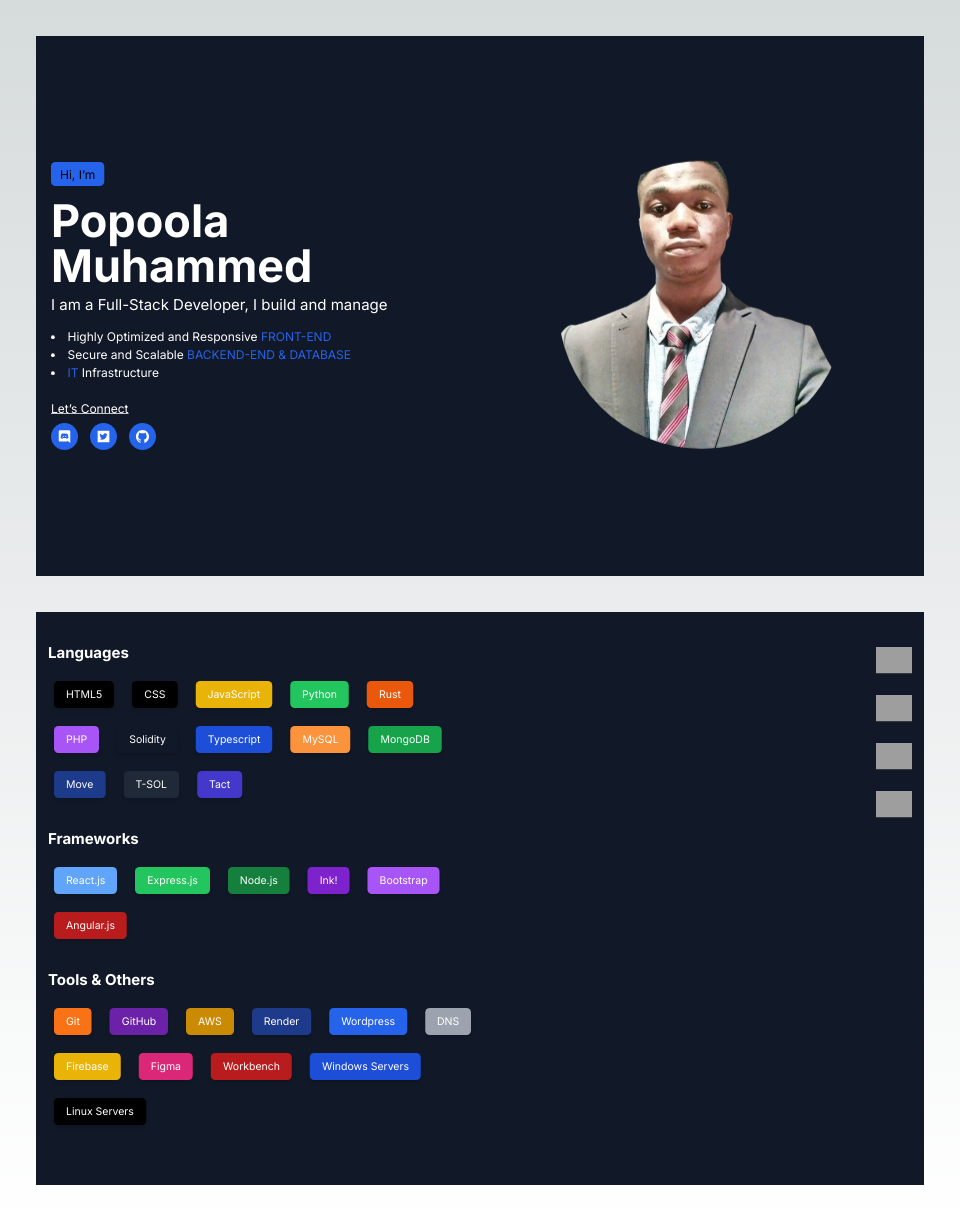
Repository: muhammedctgr/hammedctgr
Page: /
An editor plug-in stored every save of this project. The page is shown before and after the next save, followed by the edit.
The browser window is 1280 px wide. The pictures show the whole page, at 75% of full size.
Pictures or frames that could not be fetched are drawn as grey boxes. The project was rebuilt for these pictures with package versions that can differ from the ones it lists, and the page was loaded fresh each time. The framework's server and built-in components were replaced by stand-ins that run in the browser. Also part of the build but not shown: next.config.mjs.

Above is the page before, as saved 2024-07-31 12:09:54.

### app/layout.tsx
import type { Metadata } from "next";
import { Inter } from "next/font/google";
import "./globals.css";

const inter = Inter({ subsets: ["latin"] });

export const metadata: Metadata = {
  title: "Popoola Muhammed",
  description: "Generated by create next app",
};

export default function RootLayout({
  children,
}: Readonly<{
  children: React.ReactNode;
}>) {
  return (
    <html lang="en">
      <body className={inter.className}>{children}</body>
    </html>
  );
}

### app/page.tsx
import Head from 'next/head';
import Hero from '../components/Hero';
import SkillsSection from '@/components/SkillsSection';


const Home = () => (
  <div>
    <Head>
      <title>Popoola Muhammed</title>
      <meta name="description" content="Welcome to my developer portfolio" />
    </Head>

    <Hero />
    <SkillsSection />
  </div>
);

export default Home;

### app/globals.css
@tailwind base;
@tailwind components;
@tailwind utilities;

:root {
  --foreground-rgb: 0, 0, 0;
  --background-start-rgb: 214, 219, 220;
  --background-end-rgb: 255, 255, 255;
}

@media (prefers-color-scheme: dark) {
  :root {
    --foreground-rgb: 255, 255, 255;
    --background-start-rgb: 0, 0, 0;
    --background-end-rgb: 0, 0, 0;
  }
}

body {
  color: rgb(var(--foreground-rgb));
  background: linear-gradient(
      to bottom,
      transparent,
      rgb(var(--background-end-rgb))
    )
    rgb(var(--background-start-rgb));
}

@layer utilities {
  .text-balance {
    text-wrap: balance;
  }
}


@keyframes upDown {
  0%, 100% {
    transform: translateY(0);
  }
  50% {
    transform: translateY(-10px); /* Adjust the value as needed */
  }
}

.animate-upDown {
  animation: upDown 2s infinite ease-in-out; /* Adjust duration as needed */
}

### components/Hero.tsx
import Image from 'next/image';
import profilePic from '../public/profile.png';
import { AiFillDiscord, AiFillGithub, AiFillTwitterSquare, AiFillX } from 'react-icons/ai';

const Hero = () => {
  return (
    <section className="bg-gray-900 m-12 text-white min-h-screen flex items-center">
      <div className="container mx-auto flex flex-col md:flex-row items-center">
        <div className="flex-1 text-center md:text-left p-5">
          <div className="inline-block bg-blue-600 text-black py-1 px-3 mb-4 rounded-md">
            Hi, I’m
          </div>
          <h1 className="text-4xl md:text-6xl font-bold">Popoola Muhammed</h1>
          <p className="mt-2 text-lg md:text-xl">I am a Full-Stack Developer, I build and manage</p>
          <ul className="mt-4 list-disc list-inside">
            <li>Highly Optimized and Responsive <span className="text-blue-600">FRONT-END</span></li>
            <li>Secure and Scalable <span className="text-blue-600">BACKEND-END & DATABASE</span></li>
            <li><span className="text-blue-600">IT</span> Infrastructure</li>
          </ul>
          <div className="mt-6">
            <a href="#contact" className=" underline">Let’s Connect</a>
            <div className="mt-2 flex justify-center md:justify-start space-x-4">
              <a href="#" className="bg-blue-600 p-2 rounded-full">
                <AiFillDiscord size={20} />
              </a>
              <a href="#" className="bg-blue-600 p-2 rounded-full">
                <AiFillTwitterSquare size={20} />
              </a>
              <a href="#" className="bg-blue-600 p-2 rounded-full">
                <AiFillGithub size={20} />
              </a>
            </div>
          </div>
        </div>
        <div className="flex-1 p-5">
          <div className="relative w-48 h-48 mx-auto md:w-72 md:h-72 lg:w-96 lg:h-96">
            <Image src={profilePic} alt="Popoola Muhammed" layout="fill" className="rounded-full object-cover animate-upDown" />
          </div>
        </div>
      </div>
    </section>
  );
};

export default Hero;

### components/SkillsSection.tsx
import Image from 'next/image';
import { FC } from 'react';

interface SkillCategory {
  title: string;
  skills: { name: string; color: string; }[];
}

const skills: SkillCategory[] = [
  {
    title: "Languages",
    skills: [
      { name: "HTML5", color: "bg-black" },
      { name: "CSS", color: "bg-black"},
      { name: "JavaScript", color: "bg-yellow-500" },
      { name: "Python", color: "bg-green-500" },
      { name: "Rust", color: "bg-orange-600" },
      { name: "PHP", color: "bg-purple-500" },
      { name: "Solidity", color: "bg-black-500" },
      { name: "Typescript", color: "bg-blue-700" },
      { name: "MySQL", color: "bg-orange-400" },
      { name: "MongoDB", color: "bg-green-600" },
      { name: "Move", color: "bg-blue-900" },
      { name: "T-SOL", color: "bg-gray-800" },
      { name: "Tact", color: "bg-indigo-700" },
    ],
  },
  {
    title: "Frameworks",
    skills: [
      { name: "React.js", color: "bg-blue-400" },
      { name: "Express.js", color: "bg-green-500" },
      { name: "Node.js", color: "bg-green-700" },
      { name: "Ink!", color: "bg-purple-700" },
      { name: "Bootstrap", color: "bg-purple-500" },
      { name: "Angular.js", color: "bg-red-700" },
    ],
  },
  {
    title: "Tools & Others",
    skills: [
      { name: "Git", color: "bg-orange-500" },
      { name: "GitHub", color: "bg-purple-800" },
      { name: "AWS", color: "bg-yellow-600" },
      { name: "Render", color: "bg-blue-900" },
      { name: "Wordpress", color: "bg-blue-600" },
      { name: "DNS", color: "bg-gray-400" },
      { name: "Firebase", color: "bg-yellow-500" },
      { name: "Figma", color: "bg-pink-600" },
      { name: "Workbench", color: "bg-red-700" },
      { name: "Windows Servers", color: "bg-blue-700" },
      { name: "Linux Servers", color: "bg-black" },
    ],
  },
];

const icons = [
  "/icons/html5.svg", // Replace with your icon paths
  "/icons/css3.svg",
  "/icons/javascript.svg",
  "/icons/python.svg",
  // Add the rest of the icons as needed
];

const SkillsSection: FC = () => {
  return (
    <section className="py-10 m-12 bg-gray-900 text-white">
      <div className="container mx-auto px-4 flex flex-col md:flex-row">
        <div className="flex-1">
          {skills.map((category) => (
            <div key={category.title} className="mb-8">
              <h2 className="text-xl font-bold mb-4">{category.title}</h2>
              <div className="flex flex-wrap gap-2">
                {category.skills.map((skill) => (
                  <span
                    key={skill.name}
                    className={`px-4 py-2 m-2 rounded-md text-sm ${skill.color} shadow-md`}
                  >
                    {skill.name}
                  </span>
                ))}
              </div>
            </div>
          ))}
        </div>
        <div className="flex-1 flex flex-col items-center md:items-end">
          <div className="grid grid-cols-3 md:grid-cols-1 gap-4">
            {icons.map((src, index) => (
              <div key={index} className="w-12 h-12 relative">
                <Image src={src} alt={`icon-${index}`} layout="fill" objectFit="contain" />
              </div>
            ))}
          </div>
        </div>
      </div>
    </section>
  );
};

export default SkillsSection;

Loaded but not shown: tailwind.config.ts (common file)

After the next save:
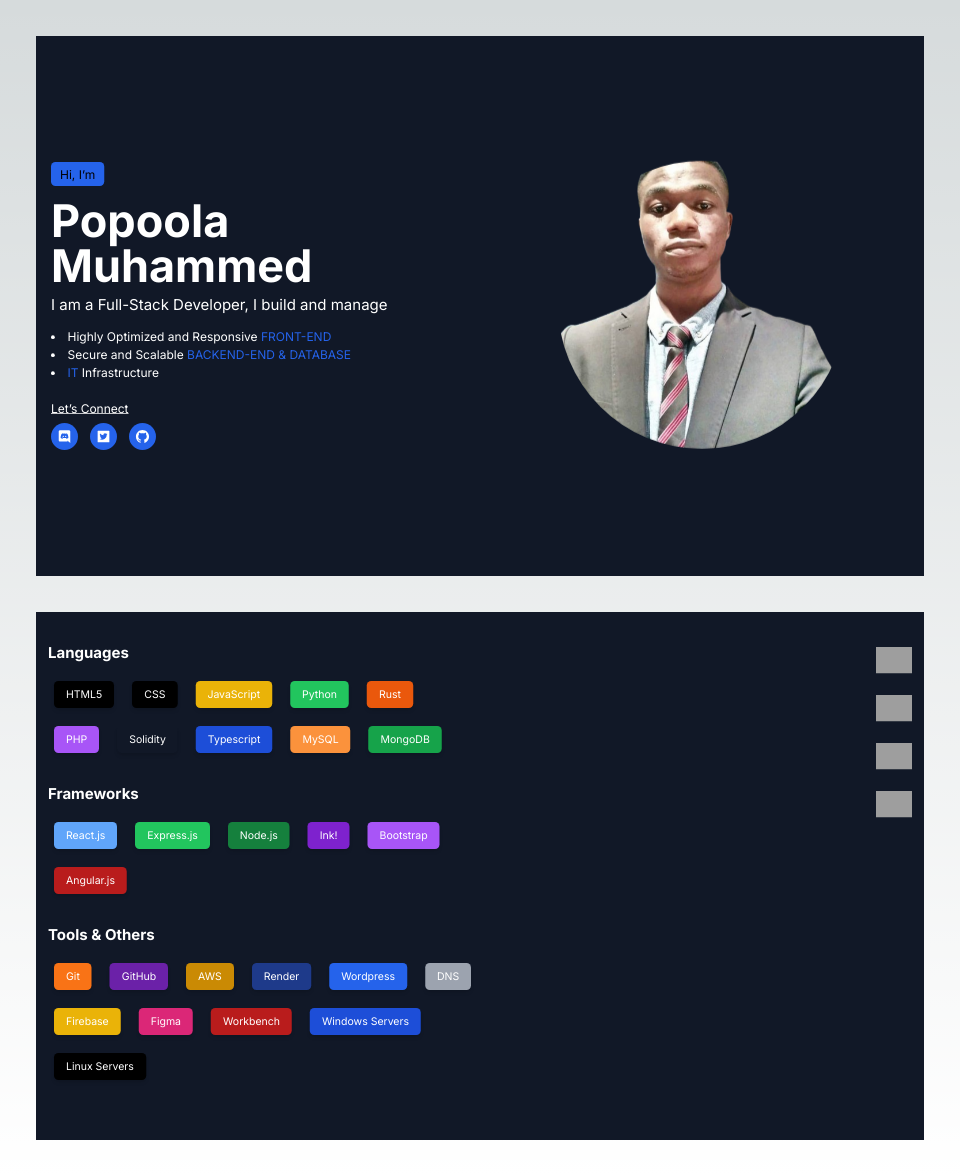
Saved 72 s later.
--- a/components/SkillsSection.tsx
+++ b/components/SkillsSection.tsx
@@ -20,9 +20,6 @@ const skills: SkillCategory[] = [
       { name: "Typescript", color: "bg-blue-700" },
       { name: "MySQL", color: "bg-orange-400" },
       { name: "MongoDB", color: "bg-green-600" },
-      { name: "Move", color: "bg-blue-900" },
-      { name: "T-SOL", color: "bg-gray-800" },
-      { name: "Tact", color: "bg-indigo-700" },
     ],
   },
   {
